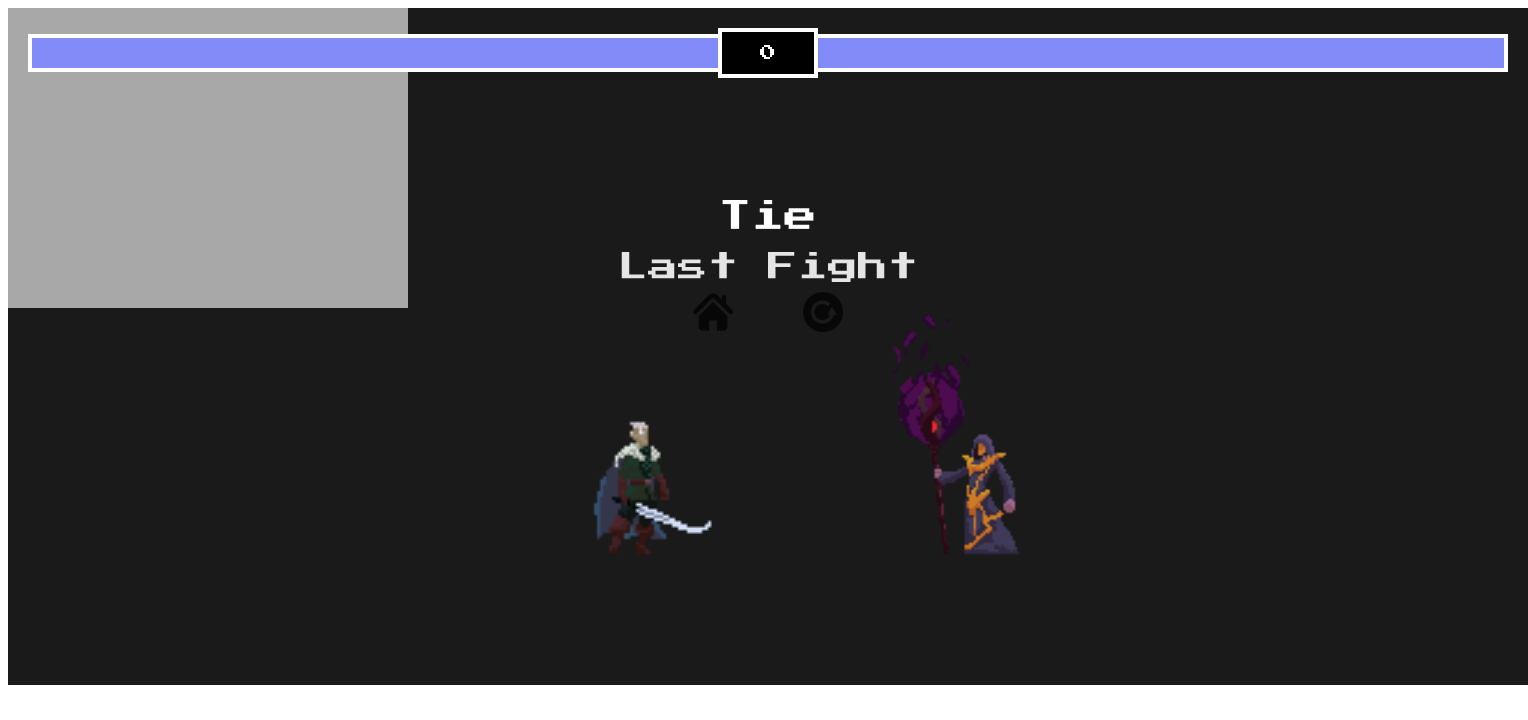
Repository: Gaurav31052/Fighting-game
Page: index.html
These files come from the project's save history. The page is drawn as it stood at one moment and after the next save; the edit follows.
The browser window is 1280 px wide. The page is 1528 px wide, so the pictures cover 1528 px, including what lies to the right of the window. The pictures show the whole page.
Some web libraries are served in a nearby version.

Above is the page before, as saved 2024-05-30 23:15:13.

### index.html
<head>
    <link rel="preconnect" href="https://fonts.googleapis.com">
    <link rel="preconnect" href="https://fonts.gstatic.com" crossorigin>
    <link href="https://fonts.googleapis.com/css2?family=Press+Start+2P&display=swap" rel="stylesheet">
    <style>
        * {
            box-sizing: border-box;
            font-family: "Press Start 2P", system-ui;
        }

            @keyframes fadeIn {
                from { opacity: 0; }
                to { opacity: 1; }
            }
            .image1{
                width: 40px;
            }

    </style>
</head>

<body>
    <!-- red container div -->
    <div style="position: relative; display: inline-block;">
        <!-- smaller red container div -->
        <div style="position: absolute; display: flex; align-items: center; width: 100%; padding: 20px;">
            <!-- player health -->
            <div style="position: relative; width: 100%; display: flex; justify-content: flex-end;
            border-top: 4px solid white;
            border-bottom: 4px solid white;
            border-left: 4px solid white;

            ">
                <div style="background-color: red; height: 30px; width: 100%;"></div>
                <div id="playerHealth"
                    style="position: absolute; background: #818CF8; top: 0; right: 0; bottom: 0; width: 100%;"></div>
            </div>
            <!-- timer -->
            <div id="timer"
                style="background-color: black; width: 100px; height: 50px; flex-shrink: 0; display: flex; align-items: center; justify-content: center; color: white; border: 4px solid white">
                10
            </div>
            <!-- enemy health -->
            <div style="position: relative;  width: 100%; border-top: 4px solid white;
            border-bottom: 4px solid white;
            border-right: 4px solid white;">
                <div style="background-color: red; height: 30px;"></div>
                <div id="enemyHealth"
                    style="position: absolute; background: #818CF8; top: 0; right: 0; bottom: 0; left: 0;"></div>
            </div>
        </div>
        <div id="displayText" style="position: absolute; color: white; display: flex; align-items: center; justify-content: center; top: 0;
        right: 0; left: 0; bottom: 260; font-size: 33px; display: none;">tie</div>
        <div id="displayText2" style="position: absolute; color: white; display: flex; align-items: center; justify-content: center; top: 0;
        right: 0; left: 0; bottom: 160; font-size: 30px; display: none; opacity: 0; animation: fadeIn 5s forwards; "></div>


        <div id="displayText4" style="position: absolute; color: white; display: flex; align-items: center; justify-content: center; top: 0; right: 0; left: 110; bottom: 70; font-size: 30px; display: none; opacity: 0; animation: fadeIn 7s forwards; "><a href="./index.html"><img class="image1" src="./img/replay.png" alt="home" ></a></div>
        <div id="displayText5" style="position: absolute; color: white; display: flex; align-items: center; justify-content: center; top: 0;
        right:110; left: 0; bottom: 70; font-size: 30px; display: none; opacity: 0; animation: fadeIn 7s forwards; "><a href="./home.html"><img class="image1" src="./img/home icon.png" alt="home" ></a></div>



        <canvas id="canvas"></canvas>

    </div>

<!-- <script src="//cdnjs.cloudflare.com/ajax/libs/annyang/2.6.1/annyang.min.js"></script> -->
    <script src="https://cdnjs.cloudflare.com/ajax/libs/gsap/3.9.1/gsap.min.js"
        integrity="sha512-H6cPm97FAsgIKmlBA4s774vqoN24V5gSQL4yBTDOY2su2DeXZVhQPxFK4P6GPdnZqM9fg1G3cMv5wD7e6cFLZQ=="
        crossorigin="anonymous" referrerpolicy="no-referrer"></script>
    <script src="JS/utils.js"></script>
    <script src="JS/classes.js"></script>
    <script src="game.js"></script>

</body>

### JS/utils.js
function rectangularCollision({ rectangle1, rectangle2 }) {
    return (rectangle1.attackBox.position.x + rectangle1.attackBox.width >= rectangle2.position.x && rectangle1.attackBox.position.x <= rectangle2.position.x + rectangle2.width && rectangle1.attackBox.position.y + rectangle1.attackBox.height >= rectangle2.position.y && rectangle1.attackBox.position.y <= rectangle2.position.y + rectangle2.height)
}

function determineWinner({ player, enemy, timerId }) {
    clearTimeout(timerId)
    document.querySelector('#displayText').style.display = 'flex'
    document.querySelector('#displayText2').style.display = 'flex'
    document.querySelector('#displayText4').style.display = 'flex'
    document.querySelector('#displayText5').style.display = 'flex'
    if (player.health === enemy.health) {
        game_sound.pause();
        draw.loop=true;
        draw.play();
        document.querySelector('#displayText').innerHTML = 'Tie'
        document.querySelector('#displayText2').innerHTML = 'Last Fight'
        // document.querySelector('#displayText4').innerHTML = 'Reply'
        // document.querySelector('#displayText5').innerHTML = 'home'
    }
    else if (player.health > enemy.health) {
        game_sound.pause();
        winning.play()
        document.querySelector('#displayText').innerHTML = 'Player-1 Wins!'
        document.querySelector('#displayText2').innerHTML = 'Last Fight'
    }
    else if (player.health < enemy.health) {
        game_sound.pause();
        winning.play()
        document.querySelector('#displayText').innerHTML = 'Player-2 Wins!'
        document.querySelector('#displayText2').innerHTML = 'Last Fight'
    }
}

let timer = 3;
let timerId
function decreaseTimer() {
    if (timer > 0) {
        timerId = setTimeout(decreaseTimer, 1000)
        timer--
        document.querySelector('#timer').innerHTML = timer;
    }
    if (timer == 0) {
        determineWinner({ player, enemy, timerId })
    }
}


var draw =new Audio("./audio/tie_bgm.mp3");
var winning =new Audio("./audio/winning audio.mp3");

### JS/classes.js
class Sprite {
    constructor({ position, imageSrc, scale = 1, frameMax = 1, offset = { x: 0, y: 0 } }) {
        this.position = position;
        this.width = 50
        this.height = 150
        this.image = new Image()
        this.image.src = imageSrc
        this.scale = scale
        this.frameMax = frameMax
        this.frameCurrent = 0
        this.frameElapsed = 0
        this.frameHold = 5
        this.offset = offset
    }
    draw() {

        c.drawImage(this.image, this.frameCurrent * (this.image.width / this.frameMax), 0, this.image.width / this.frameMax, this.image.height,

            this.position.x - this.offset.x, this.position.y - this.offset.y, (this.image.width / this.frameMax) * this.scale, this.image.height * this.scale)
    }

    animateFrame() {
        this.frameElapsed++
        if (this.frameElapsed % this.frameHold === 0) {
            if (this.frameCurrent < this.frameMax - 1) {

                this.frameCurrent++
            }
            else {
                this.frameCurrent = 0
            }
        }
    }

    update() {
        this.draw()
        this.animateFrame()
    }
}




class Fighter extends Sprite {
    constructor({ position, velocity, color = 'red', imageSrc, scale = 1, frameMax = 1, offset = { x: 0, y: 0 }, sprites,attackBox ={offset: {}, width: undefined, height: undefined} }) {
        super({
            position,
            imageSrc,
            frameMax,
            scale,
            offset
        })

        this.velocity = velocity;
        this.width = 50
        this.height = 150
        this.lastkey
        this.attackBox = {
            position: {
                x: this.position.x,
                y: this.position.y
            },
            offset: attackBox.offset,
            width: attackBox.width,
            height: attackBox.height
        }
        this.color = color
        this.isAttacking
        this.health = 100
        this.frameCurrent = 0
        this.frameElapsed = 0
        this.frameHold = 5
        this.sprites =sprites
        this.dead = false

        for(const sprite in this.sprites){
            sprites[sprite].image =new Image()
            sprites[sprite].image.src= sprites[sprite].imageSrc
        }

    }
    // draw() {
    //     c.fillStyle = this.color
    //     c.fillRect(this.position.x, this.position.y, this.width, this.height)

    //     // attack box
    //     if (this.isAttacking) {
    //         c.fillStyle = 'green'
    //         c.fillRect(this.attackBox.position.x, this.attackBox.position.y, this.attackBox.width, this.attackBox.height)
    //     }
    // }
    update() {
        this.draw()
        if(!this.dead)
        this.animateFrame()


// attack boxes
        this.attackBox.position.x = this.position.x + this.attackBox.offset.x
        this.attackBox.position.y = this.position.y + this.attackBox.offset.y

        // draw the attack box
        // c.fillRect(this.attackBox.position.x, this.attackBox.position.y, this.attackBox.width, this.attackBox.height)

        this.position.y += this.velocity.y
        this.position.x += this.velocity.x

        //gravity function
        if (this.position.y + this.height + this.velocity.y >= canvas.height-200) {
            this.velocity.y = 0
            this.position.y = 400
        }
        else {
            this.velocity.y += gravity
        }

    }
    attack() {
        this.switchSprite('attack1')
        this.isAttacking = true

    }

    takeHit(){
        this.health -= 5

        if(this.health <= 0){
            this.switchSprite('death')
        }
        else{
            this.switchSprite('takeHit')
        }
    }

    switchSprite(sprite){
        if(this.image === this.sprites.death.image) {
            if(this.frameCurrent=== this.sprites.death.frameMax-1) this.dead = true
            return}
        // overriding all other animations with the attack animations
        if(this.image === this.sprites.attack1.image && this.frameCurrent < this.sprites.attack1.frameMax -1) return

        // override when fighter gets hit
        if(this.image === this.sprites.takeHit.image && this.frameCurrent < this.sprites.takeHit.frameMax -1) return

        switch (sprite) {
            case 'idle':
                if(this.image!= this.sprites.idle.image){
                this.image=this.sprites.idle.image
                this.frameMax = this.sprites.idle.frameMax
                this.frameCurrent = 0
        }
                break;
            case 'run':
            if(this.image!= this.sprites.run.image){
            this.image=this.sprites.run.image
            this.frameMax = this.sprites.run.frameMax
            this.frameCurrent = 0
        }
                break;
            case 'jump':
                if(this.image!= this.sprites.jump.image){
                this.image =this.sprites.jump.image
                this.frameMax = this.sprites.jump.frameMax
                this.frameCurrent = 0
                }
                break;
            case 'fall':
                if(this.image!= this.sprites.fall.image){
                this.image =this.sprites.fall.image
                this.frameMax = this.sprites.fall.frameMax
                this.frameCurrent = 0
                }
                break;
            case 'attack1':
                if(this.image!= this.sprites.attack1.image){
                this.image =this.sprites.attack1.image
                this.frameMax = this.sprites.attack1.frameMax
                this.frameCurrent = 0
                }
                break;
            case 'takeHit':
                if(this.image!= this.sprites.takeHit.image){
                this.image =this.sprites.takeHit.image
                this.frameMax = this.sprites.takeHit.frameMax
                this.frameCurrent = 0
                }
                break;
            case 'death':
                if(this.image!= this.sprites.death.image){
                this.image =this.sprites.death.image
                this.frameMax = this.sprites.death.frameMax
                this.frameCurrent = 0
                }

                break;

        }
    }
}

Loaded but not shown: game.js (413 lines, source omitted)

After the next save:
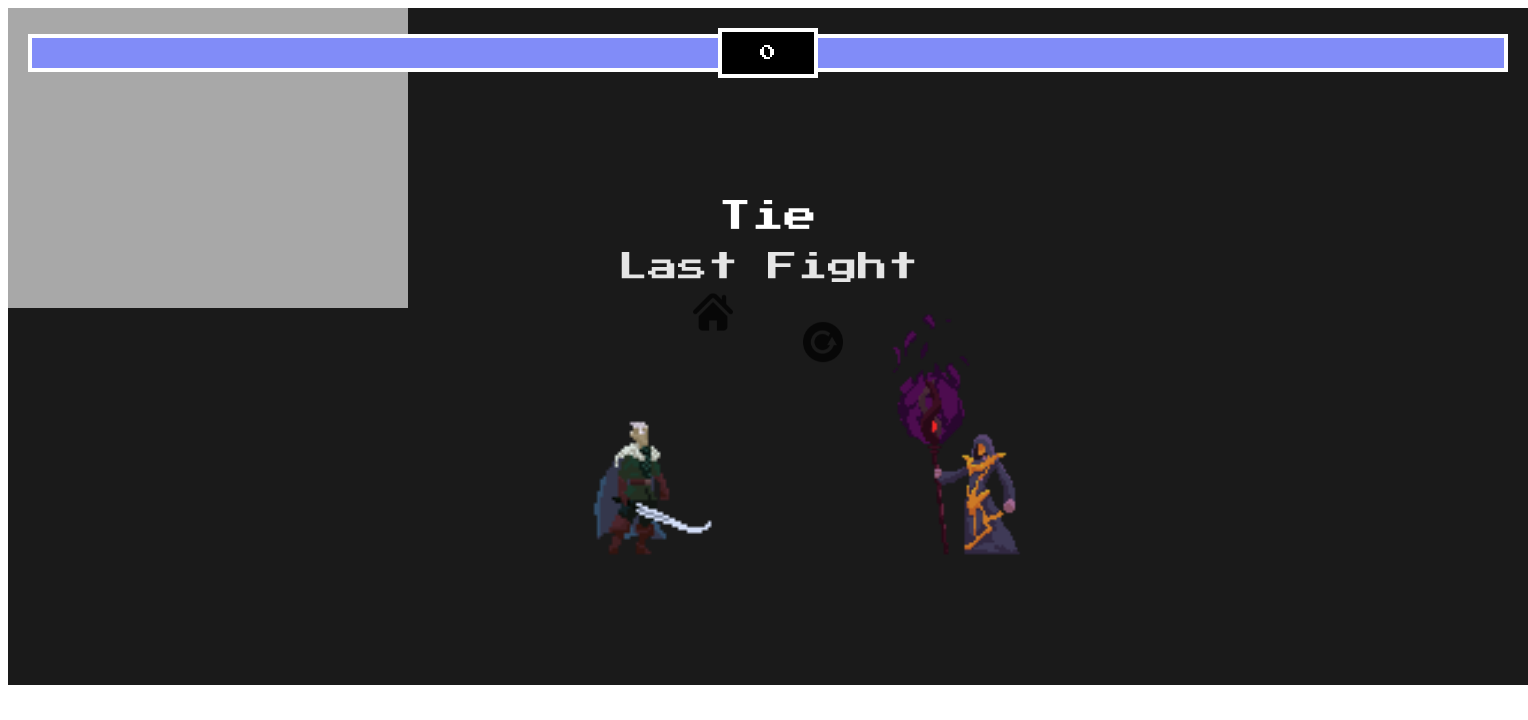
Saved 4 s later.
--- a/index.html
+++ b/index.html
@@ -55,7 +55,7 @@
         right: 0; left: 0; bottom: 160; font-size: 30px; display: none; opacity: 0; animation: fadeIn 5s forwards; "></div>
 
 
-        <div id="displayText4" style="position: absolute; color: white; display: flex; align-items: center; justify-content: center; top: 0; right: 0; left: 110; bottom: 70; font-size: 30px; display: none; opacity: 0; animation: fadeIn 7s forwards; "><a href="./index.html"><img class="image1" src="./img/replay.png" alt="home" ></a></div>
+        <div id="displayText4" style="position: absolute; color: white; display: flex; align-items: center; justify-content: center; top: 0; right: 0; left: 110; bottom: 10; font-size: 30px; display: none; opacity: 0; animation: fadeIn 7s forwards; "><a href="./index.html"><img class="image1" src="./img/replay.png" alt="home" ></a></div>
         <div id="displayText5" style="position: absolute; color: white; display: flex; align-items: center; justify-content: center; top: 0;
         right:110; left: 0; bottom: 70; font-size: 30px; display: none; opacity: 0; animation: fadeIn 7s forwards; "><a href="./home.html"><img class="image1" src="./img/home icon.png" alt="home" ></a></div>
 

After the 5 saves that followed:
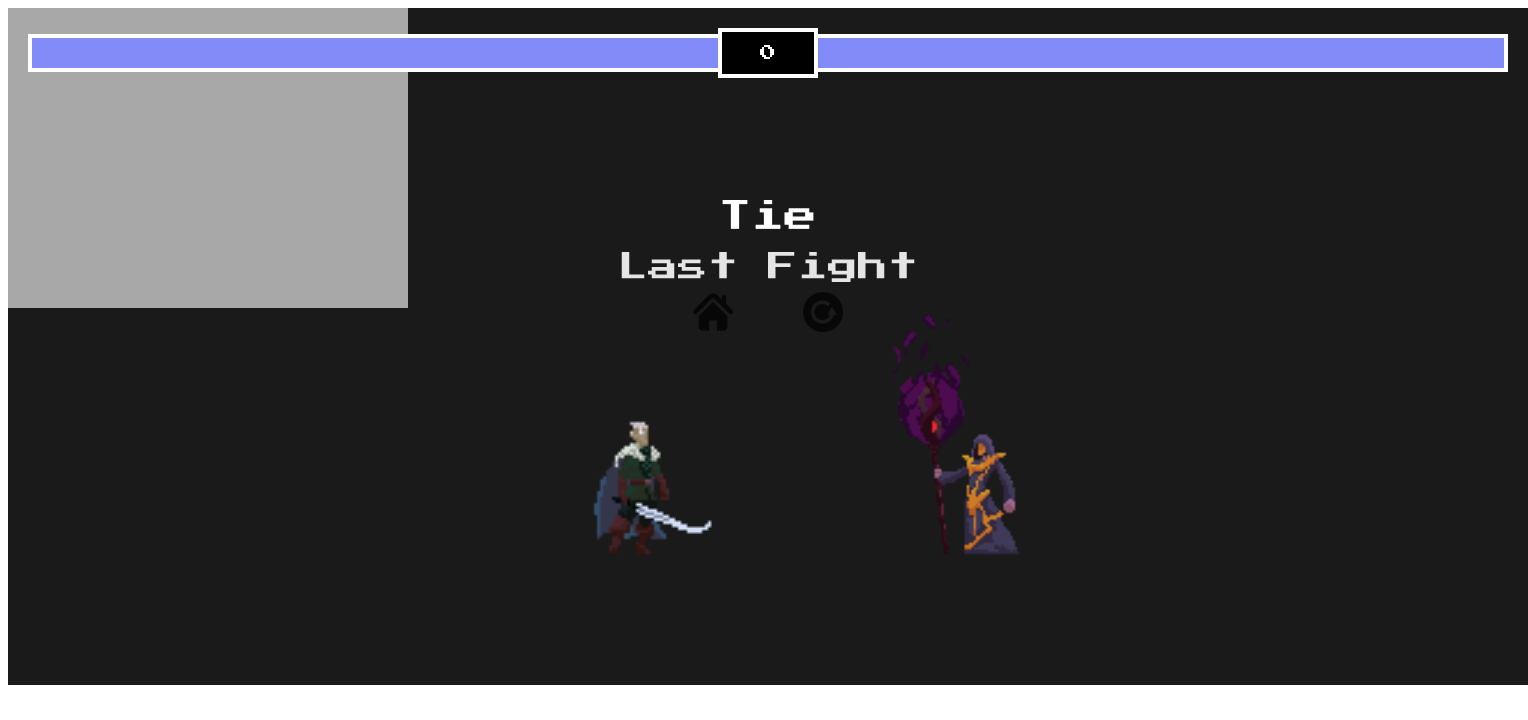
The 5 saves are shown as one change because 2 left the picture as it was and some came seconds apart.
The last was saved 109 s later.
--- a/index.html
+++ b/index.html
@@ -55,7 +55,7 @@
         right: 0; left: 0; bottom: 160; font-size: 30px; display: none; opacity: 0; animation: fadeIn 5s forwards; "></div>
 
 
-        <div id="displayText4" style="position: absolute; color: white; display: flex; align-items: center; justify-content: center; top: 0; right: 0; left: 110; bottom: 10; font-size: 30px; display: none; opacity: 0; animation: fadeIn 7s forwards; "><a href="./index.html"><img class="image1" src="./img/replay.png" alt="home" ></a></div>
+        <div id="displayText4" style="position: absolute; color: white; display: flex; align-items: center; justify-content: center; top: 0; right: 0; left: 110; bottom: 70; font-size: 30px; display: none; opacity: 0; animation: fadeIn 7s forwards; "><a href="./index.html"><img class="image1" src="./img/replay.png" alt="home" ></a></div>
         <div id="displayText5" style="position: absolute; color: white; display: flex; align-items: center; justify-content: center; top: 0;
         right:110; left: 0; bottom: 70; font-size: 30px; display: none; opacity: 0; animation: fadeIn 7s forwards; "><a href="./home.html"><img class="image1" src="./img/home icon.png" alt="home" ></a></div>
 
